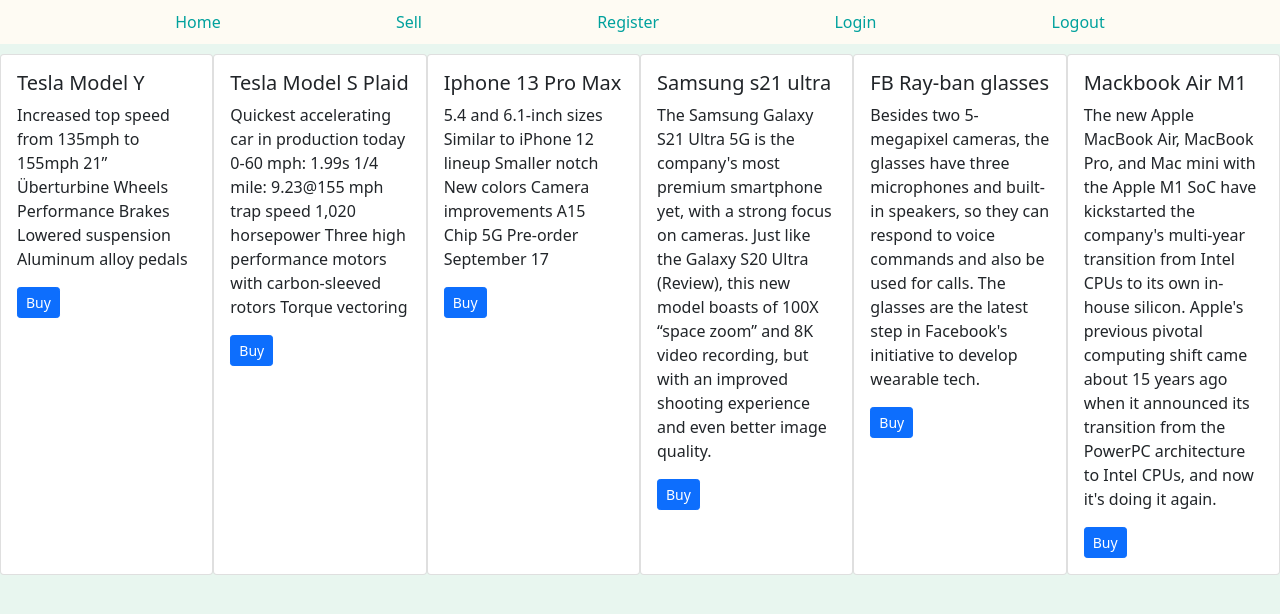
Repository: RiteshK555/itw-project
Page: http://localhost/
The author's editor kept a copy of each file at every save. The page is drawn from the files as they stood at one save, then again after the next save.
The browser window is 1280 px wide. The pictures show the whole page.
The page is served by the project's application, run on Django 3.2 (student_olx/manage.py). Other server files are loaded and not shown. The page reads the database file committed with the project.

Above is the page before, as saved 2021-09-19 13:53:34.

### student_olx/main/templates/main/home.html
{%extends 'main/base.html'%}
{% load static %}
{%block title%}
Home
{%endblock%}
{% block styles %}
<link rel="stylesheet" type="text/css" href="{% static 'main/home.css'%}">
{% endblock %}
{%block content %}
<div id="itemz">
{%for product in  products%}
<div class="card" style="width: 18rem;">
  {% comment %} <img src="..." class="card-img-top" alt="..."> {% endcomment %}
  <div class="card-body">
    <h5 class="card-title">{{product.product_name}}</h5>
    <p class="card-text">{{product.description}}</p>
    <a href="#" class="btn btn-sm btn-primary">Buy</a>
  </div>
</div>
{%endfor%}
{%endblock %}

### student_olx/main/templates/main/base.html
{% load static%}
<!DOCTYPE html>
<!--[if lt IE 7]>      <html class="no-js lt-ie9 lt-ie8 lt-ie7"> <![endif]-->
<!--[if IE 7]>         <html class="no-js lt-ie9 lt-ie8"> <![endif]-->
<!--[if IE 8]>         <html class="no-js lt-ie9"> <![endif]-->
<!--[if gt IE 8]>      <html class="no-js"> <!--<![endif]-->
<html lang="en">
    <head>
        <meta charset="utf-8">
        <meta http-equiv="X-UA-Compatible" content="IE=edge">
        <title>{%block title%}This is Base Title{%endblock%}</title>
        <meta name="description" content="">
        <link href="https://cdn.jsdelivr.net/npm/bootstrap@5.1.1/dist/css/bootstrap.min.css" rel="stylesheet" integrity="sha384-F3w7mX95PdgyTmZZMECAngseQB83DfGTowi0iMjiWaeVhAn4FJkqJByhZMI3AhiU" crossorigin="anonymous">
        <meta name="viewport" content="width=device-width, initial-scale=1">
        <link rel="stylesheet" type="text/css" href="{% static 'main/style.css'%}">
        {% block styles %}
        {% endblock %}
    </head>
    <div class="header">
        <a href="/">Home</a>
        <a href="/sell">Sell</a>
       <a href="/register">Register</a>
        <a href="/login">Login</a>
        <a href="/logout">Logout</a>
    </div>
    <body>
    <div id="content">
    {%block content %}
    {% endblock %}
    </div>
        <!--[if lt IE 7]>
            <p class="browsehappy">You are using an <strong>outdated</strong> browser. Please <a href="#">upgrade your browser</a> to improve your experience.</p>
        <![endif]-->
        <script src="https://cdn.jsdelivr.net/npm/bootstrap@5.1.1/dist/js/bootstrap.bundle.min.js" integrity="sha384-/bQdsTh/da6pkI1MST/rWKFNjaCP5gBSY4sEBT38Q/9RBh9AH40zEOg7Hlq2THRZ" crossorigin="anonymous"></script>
        <script src="" async defer></script>
    </body>
</html>

### student_olx/main/models.py
from django.db import models

# Create your models here.
class product(models.Model):
    product_name=models.CharField(max_length=200,default='')
    description=models.CharField(max_length=600,default='')
    def __str__(self):
        return self.product_name
# class Item(models.Model):
#     todolist=models.ForeignKey(ToDoList,on_delete=models.CASCADE)
#     text=models.CharField(max_length=100)
#     complete=models.BooleanField()
#     def __str__(self):
#         return self.text

### student_olx/main/views.py
from django.http.response import HttpResponseRedirect
from django.shortcuts import render,redirect
from .models import product

# Create your views here.
from django.http import HttpResponse
from .forms import CreateNewProduct
def index(response,id):
    lis=product.objects.get(id=id)
    return render(response,"main/base.html",{"name":lis})
def home(response):
    all_products=product.objects.all()
    return render(response,"main/home.html",{"products":all_products})
def sell(response):
    if response.method == "POST":
        form=CreateNewProduct(response.POST)
        if form.is_valid():
            p_n=form.cleaned_data["product_name"]
            d=form.cleaned_data["description"]
            m=product(product_name=p_n,description=d)
            m.save()
        return render(response,"main/home.html")
    else:
        form=CreateNewProduct()
    return render(response,"main/sell.html",{"form":form})
def buy(response):
    return render(response,"main/buy.html",{})

### student_olx/student_olx/urls.py
"""student_olx URL Configuration

The `urlpatterns` list routes URLs to views. For more information please see:
    https://docs.djangoproject.com/en/3.1/topics/http/urls/
Examples:
Function views
    1. Add an import:  from my_app import views
    2. Add a URL to urlpatterns:  path('', views.home, name='home')
Class-based views
    1. Add an import:  from other_app.views import Home
    2. Add a URL to urlpatterns:  path('', Home.as_view(), name='home')
Including another URLconf
    1. Import the include() function: from django.urls import include, path
    2. Add a URL to urlpatterns:  path('blog/', include('blog.urls'))
"""
from django.contrib import admin
from django.urls import path,include
# from main import views as v
from  registration import views
urlpatterns = [
    path('admin/', admin.site.urls),
    path("register/",views.register,name="register"),
    path("",include("main.urls")),
    path("",include("django.contrib.auth.urls")),
]

### student_olx/main/urls.py
from django.urls import path
from . import views
urlpatterns =[
    path("<int:id>",views.index,name="index"),
    path("",views.home,name="home"),
    path("sell/",views.sell,name="sell"),
    path("buy/",views.buy,name="buy"),
]

### student_olx/main/static/main/style.css
.header{
    display: flex;
    justify-content: space-evenly;
    padding-top: 10px;
    padding-bottom: 10px;
    background-color:#FEFBF3;
}
a{
    color:#00A19D;
    text-decoration: none;
}
body{
    margin:0;
    background-color:#E8F6EF;
}
#content{
    margin-top:10px;
}

### student_olx/main/static/main/home.css

#itemz{
    display:flex;
    justify-content:space-evenly;
}

### student_olx/db.sqlite3 (the tables this page reads, as SQL)
CREATE TABLE "main_product" ("id" integer NOT NULL PRIMARY KEY AUTOINCREMENT, "product_name" varchar(200) NOT NULL, "description" varchar(600) NOT NULL, "seller_id" integer NOT NULL REFERENCES "auth_user" ("id") DEFERRABLE INITIALLY DEFERRED, "product_img" varchar(100) NOT NULL, "price" integer NOT NULL);
INSERT INTO "main_product" VALUES
(4, 'Tesla Model Y', 'Increased top speed from 135mph to 155mph 21’’ Überturbine Wheels Performance Brakes Lowered suspension Aluminum alloy pedals', 4, 'imgs/teslamodely.jpeg', 55555),
(5, 'Tesla Model S Plaid', 'Quickest accelerating car in production today 0-60 mph: 1.99s 1/4 mile: 9.23@155 mph trap speed 1,020 horsepower Three high performance motors with carbon-sleeved rotors Torque vectoring', 4, 'imgs/teslamodels_WYLDo9n.jpeg', 122222),
(6, 'Iphone 13 Pro Max', '5.4 and 6.1-inch sizes Similar to iPhone 12 lineup Smaller notch New colors Camera improvements A15 Chip 5G Pre-order September 17', 4, 'imgs/iphone13promax.jpg', 100000),
(7, 'Samsung s21 ultra', 'The Samsung Galaxy S21 Ultra 5G is the company''s most premium smartphone yet, with a strong focus on cameras. Just like the Galaxy S20 Ultra (Review), this new model boasts of 100X “space zoom” and 8K video recording, but with an improved shooting experience and even better image quality.', 4, 'imgs/samsungs21ultra.jpeg', 100000),
(8, 'FB Ray-ban glasses', 'Besides two 5-megapixel cameras, the glasses have three microphones and built-in speakers, so they can respond to voice commands and also be used for calls. The glasses are the latest step in Facebook''s initiative to develop wearable tech.', 4, 'imgs/fb.jpeg', 10000),
(9, 'Mackbook Air M1', 'The new Apple MacBook Air, MacBook Pro, and Mac mini with the Apple M1 SoC have kickstarted the company''s multi-year transition from Intel CPUs to its own in-house silicon. Apple''s previous pivotal computing shift came about 15 years ago when it announced its transition from the PowerPC architecture to Intel CPUs, and now it''s doing it again.', 4, 'imgs/macbook.jpeg', 100000);

After the next save:
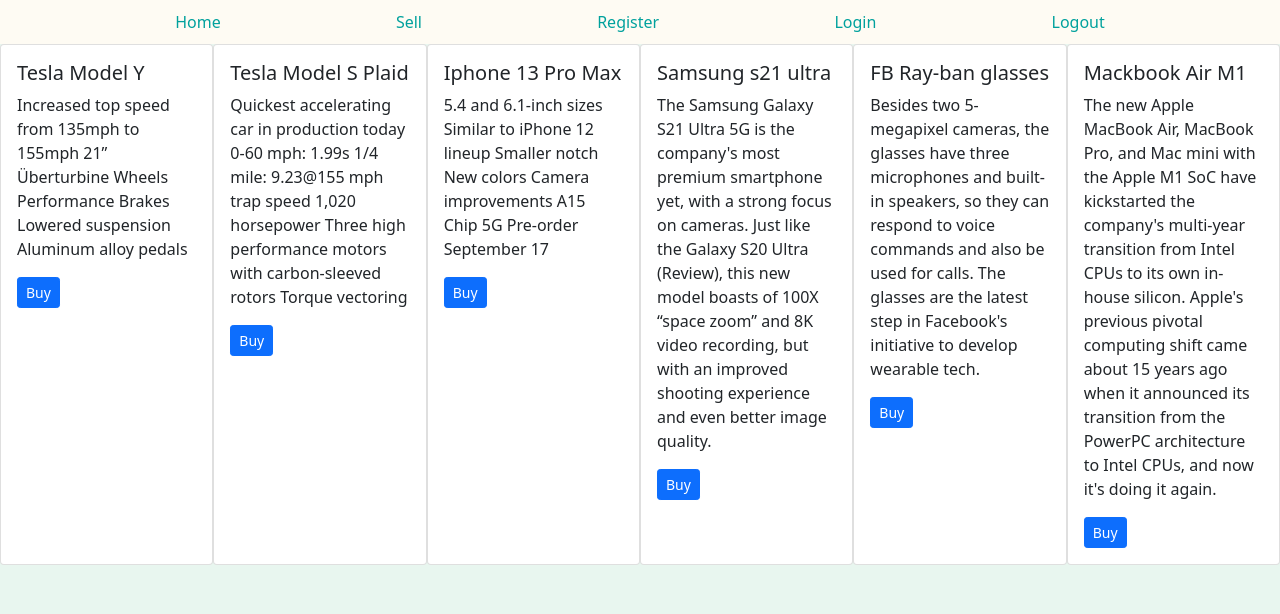
Saved 9 s later.
--- a/student_olx/main/static/main/style.css
+++ b/student_olx/main/static/main/style.css
@@ -13,6 +13,3 @@
     margin:0;
     background-color:#E8F6EF;
 }
-#content{
-    margin-top:10px;
-}
